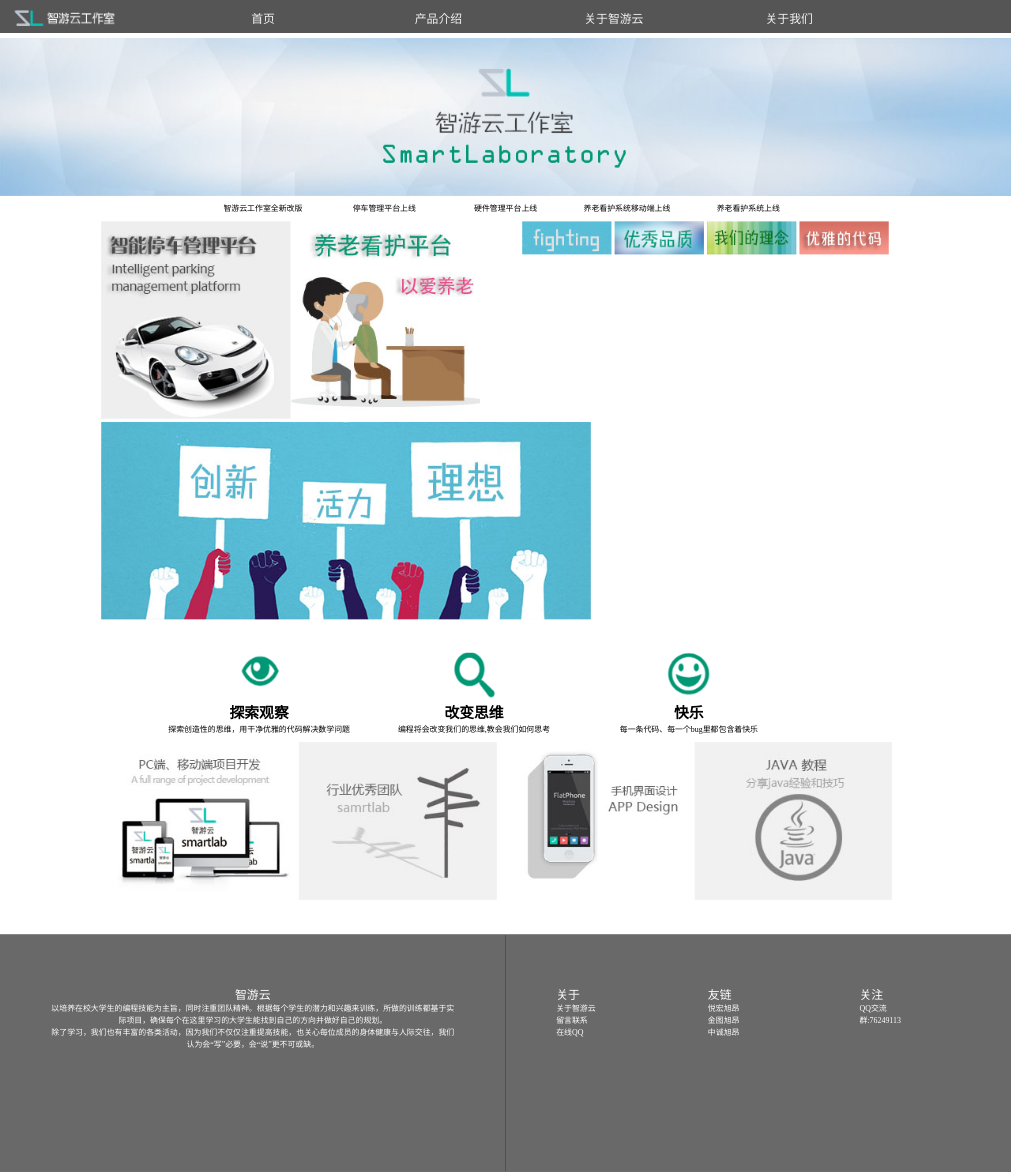
Repository: dakai1234/webTest
Page: 智游云1/index/index.html
These files come from the project's save history. The page is drawn as it stood at one moment and after the next save; the edit follows.
The browser window is 1280 px wide. The pictures show the whole page, at 79% of full size.

Above is the page before, as saved 2021-04-10 10:37:24.

### 智游云1/index/index.html
<!DOCTYPE html>
<html lang="en">

<head>
    <meta charset="UTF-8">
    <meta http-equiv="X-UA-Compatible" content="IE=edge">
    <meta name="viewport" content="width=device-width, initial-scale=1.0">
    <link rel="stylesheet" href="index.css">
    <link rel="stylesheet" href="../footerCss/footer.css">
    <link rel="stylesheet" href="../headerCss/header.css">
    <title>首页</title>

</head>

<body>
    <div class="header">
        <a href="images/logo.png"><img class="logo_img" src="../about/images/logo.png"></a>
        <a href="index.html"> 首页 </a>
        <a href="../product/product.html"> 产品介绍 </a>
        <a href="../about/about.html"> 关于智游云 </a>
        <a href="#"> 关于我们 </a>
    </div>

    <div class="banner_img">
        <img class="bannerName_img" src="images/bannerName.png">
    </div>

    <div class="new_content">
        <p>智游云工作室全新改版</p>
        <p>停车管理平台上线</p>
        <p>硬件管理平台上线</p>
        <p>养老看护系统移动端上线</p>
        <p>养老看护系统上线</p>
    </div>

    <div class="content_img">
        <div class="introduce"><img src="images/introduce1.jpg" /></div>
        <div class="introduce"><img src="images/introduce2jpg.jpg" /></div>
        <div class="introduce"><img src="images/s1.jpg" /></div>
        <div class="tip">
            <img src="images/tip1.png" />
            <img src="images/tip2.png" />
            <img src="images/tip3.png" />
            <img src="images/tip4.png" />
        </div>
    </div>

    <div class="title">
        <div class="title_content">
            <img src="images/photo1.png" />
            <h3>探索观察</h3>
            <p>探索创造性的思维，用干净优雅的代码解决数学问题</p>
        </div>
        <div class="title_content">
            <img src="images/photo2.png" />
            <h3>改变思维</h3>
            <p>编程将会改变我们的思维,教会我们如何思考</p>
        </div>
        <div class="title_content">
            <img src="images/photo3.png" />
            <h3>快乐</h3>
            <p>每一条代码、每一个bug里都包含着快乐</p>
        </div>
    </div>

    <div class="content_img">
        <div class="introduce"><img src="images/one.jpg" /></div>
        <div class="introduce"><img src="images/two.jpg" /></div>
        <div class="introduce"><img src="images/three.jpg" /></div>
        <div class="introduce"><img src="images/four.jpg" /></div>
    </div>

    <div class="footer">
        <div class="footer_inner">
            <div class="text">
                <span>智游云</span>
                <p>
                    以培养在校大学生的编程技能为主旨，同时注重团队精神。根据每个学生的潜力和兴趣来训练，所做的训练都基于实际项目，确保每个在这里学习的大学生能找到自己的方向并做好自己的规划。
                </p>
                <p>
                    除了学习，我们也有丰富的各类活动，因为我们不仅仅注重提高技能，也关心每位成员的身体健康与人际交往，我们认为会“写”必要，会“说”更不可或缺。
                </p>
            </div>
        </div>
        <div class="footer_inner">
            <div class="text_intro">
                <span>关于</span>
                <p>关于智游云</p>
                <p>留言联系</p>
                <p>在线QQ</p>
            </div>
            <div class="text_intro">
                <span>友链</span>
                <p>悦宏旭昂</p>
                <p>金图旭昂</p>
                <p>中诚旭昂</p>
            </div>
            <div class="text_intro">
                <span>关注</span>
                <p>QQ交流群:76249113</p>
            </div>

        </div>
    </div>

</body>

</html>

### 智游云1/index/index.css
.banner_img {
    text-align: center;
    width: 100%;
    position: fixed;
    bottom: 65%;
    left: 0;
    z-index: -1;
    background: url(images/banner.jpg) no-repeat;
    background-size: 100% 200px;
}

.new_content {
    margin-top: 255px;
    padding: 0% 20%;
    overflow: auto;
    text-align: center;
}

.new_content p {
    display: block;
    font-size: 10px;
    width: 20%;
    float: left;
}

.new_content p:hover {
    color: aquamarine
}

.content_img {
    padding: 0% 8% 0% 10%;
    margin-top: 10px;
    overflow: auto;
}

.introduce {
    float: left;
    overflow: auto;
    text-align: center;
}

.tip {
    text-align: center;
}

.title {
    padding-left: 15%;
    margin-top: 3%;
    overflow: hidden;
}

.title_content {
    width: 25%;
    float: left;
    text-align: center;
}

.title_content p {
    font-size: 10px;
}

### 智游云1/footerCss/footer.css
.footer {
    margin: 40px 0px 0px 0px;
    width: 100%;
    height: 300px;
    background-color: #000;
    overflow: auto;
    box-sizing: border-box;
    position: relative;
}

.footer_inner {
    width: 50%;
    color: #FFF;
    height: 300px;
    background-color: dimgray;
    float: left;
}

.text {
    padding: 10% 10%;
    text-align: center;
    font-size: 10px;
    font-weight: lighter;
}

.text span {
    font-size: 15px;
}

.text p:hover {
    color: #000;
}

.text_intro {
    padding: 10% 10%;
    width: 10%;
    font-size: 10px;
    font-weight: lighter;
    float: left;
}

.text_intro span {
    font-size: 15px;
}

.text_intro p:hover {
    color: #000;
}

### 智游云1/headerCss/header.css
* {
    margin: 0;
    padding: 0;
}

.header {
    margin: 0 auto;
    background-color: #555;
    width: 100%;
    overflow: auto;
    position: fixed;
    top: 0;
}

.header a {
    float: left;
    width: 15%;
    color: #f2f2f2;
    text-align: center;
    padding: 12px 15px 8px 15px;
    text-decoration: none;
    font-size: 15px;
}

.header a:hover {
    color: #333;
}

.header a:active {
    color: #333;
}

.logo_img {
    float: left;
    width: 70%;
}

After the next save:
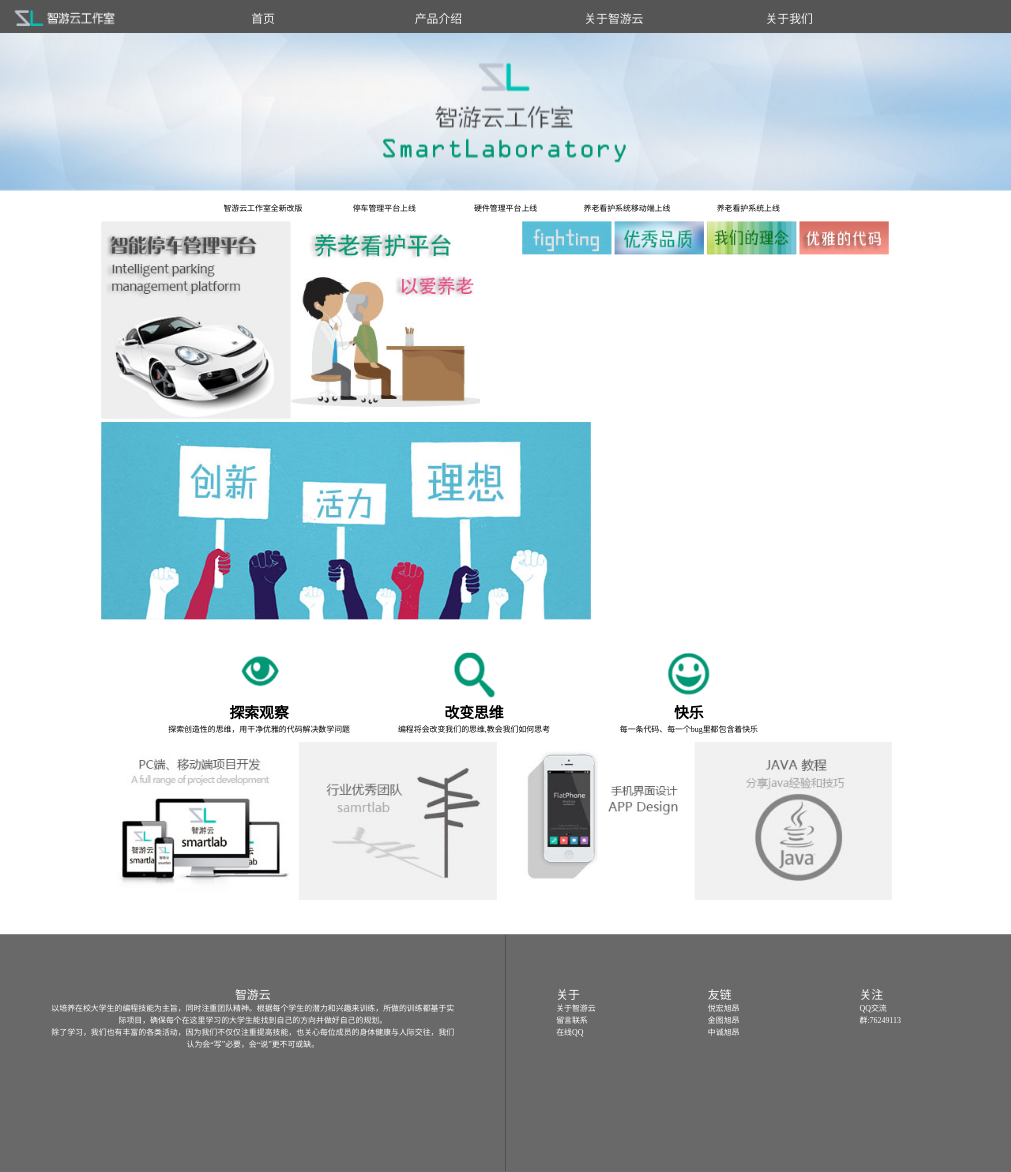
Saved 27 s later.
--- a/智游云1/index/index.css
+++ b/智游云1/index/index.css
@@ -2,7 +2,7 @@
     text-align: center;
     width: 100%;
     position: fixed;
-    bottom: 65%;
+    bottom: 66%;
     left: 0;
     z-index: -1;
     background: url(images/banner.jpg) no-repeat;
